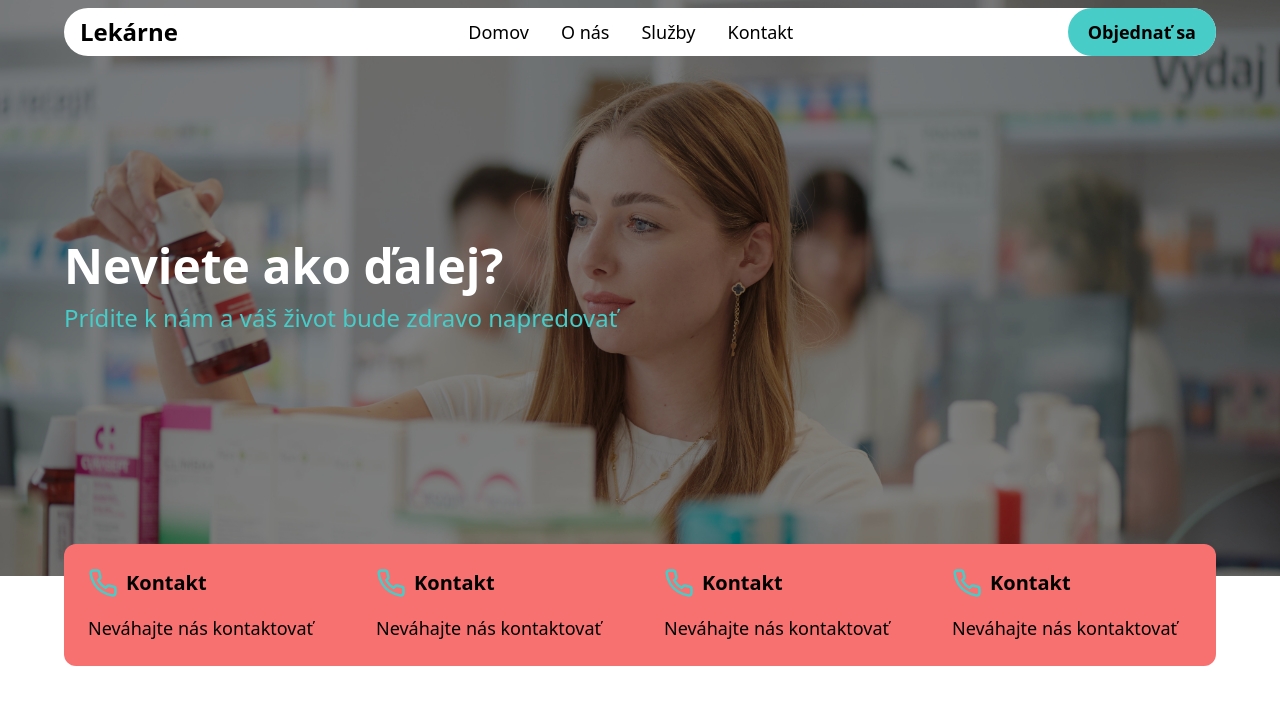
Repository: SimonSkoda13/Lekaren
Page: /
These files come from the project's save history. The page is drawn as it stood at one moment and after the next save; the edit follows.
The browser window is 1280 px wide. The pictures show the whole page.
The project was rebuilt for these pictures with package versions that can differ from the ones it lists, and the page was loaded fresh each time. The framework's server and built-in components were replaced by stand-ins that run in the browser. Also part of the build but not shown: next.config.js.

Above is the page before, as saved 2023-04-22 17:48:01.

### src/app/layout.tsx
import { Header } from "./components/Header/Header";
import "./globals.css";
import { Poppins } from "next/font/google";

export const metadata = {
  title: "Create Next App",
  description: "Generated by create next app",
};

export default function RootLayout({
  children,
}: {
  children: React.ReactNode;
}) {
  return (
    <html lang="en">
      <body className="bg-white min-h-[100vh]">
        <Header />
        <main>{children}</main>
        <footer></footer>
      </body>
    </html>
  );
}

### src/app/page.tsx
import Image from "next/image";
import { Inter } from "next/font/google";
import { HomeHero } from "./components/HomeHero/HomeHero";
import { Contact } from "./components/Contact/Contact";

const inter = Inter({ subsets: ["latin"] });

// page with

export default function Home() {
  return (
    <>
      <HomeHero
        title={"Neviete ako ďalej?"}
        image={"/homeBanner.jpg"}
        description={"Prídite k nám a váš život bude zdravo napredovať"}
      />
      <Contact
        items={[
          {
            title: "Kontakt",
            description: "Neváhajte nás kontaktovať",
            icon: "/contactIcon.svg",
          },
          {
            title: "Kontakt",
            description: "Neváhajte nás kontaktovať",
            icon: "/contactIcon.svg",
          },
          {
            title: "Kontakt",
            description: "Neváhajte nás kontaktovať",
            icon: "/contactIcon.svg",
          },
          {
            title: "Kontakt",
            description: "Neváhajte nás kontaktovať",
            icon: "/contactIcon.svg",
          },
        ]}
      />
    </>
  );
}

### src/app/components/Header/Header.tsx
import Link from "next/link";
import React from "react";

export interface HeaderProps {}

export const Header = (props: HeaderProps) => {
  const {} = props;
  return (
    <header className="cntn fixed w-full top-2 z-10">
      <div className="flex bg-white rounded-full">
        <h1 className="py-2 px-4 text-2xl font-bold">Lekárne</h1>
        <div className="py-2 px-4 flex gap-8 items-center mx-auto text-lg font-medium">
          <Link href="/">Domov</Link>
          <Link href="/onas">O nás</Link>
          <Link href="/sluzby">Služby</Link>
          <Link href="/kontakt">Kontakt</Link>
        </div>
        {/* button order self */}
        <div className="flex justify-center items-center px-5 p-0 bg-primary rounded-full text-lg font-bold">
          <Link href="/order">Objednať sa</Link>
        </div>
      </div>
    </header>
  );
};

### src/app/globals.css
@tailwind base;
@tailwind components;
@tailwind utilities;

@layer components {
  .cntn {
    @apply mx-auto px-4  max-w-screen-xl md:px-16;
  }
}

### src/app/components/HomeHero/HomeHero.tsx
import Image from "next/image";
import React from "react";
import { ImageGradient } from "./ImageGradient/ImageGradient";

export interface HomeHeroProps {
  title: string;
  image: string;
  description: string;
}

export const HomeHero = (props: HomeHeroProps) => {
  const { title, image, description } = props;
  return (
    <section className="relative h-[80vh] z-0 px-0">
      <div className="w-full h-full absolute left-0 top-0 ">
        {/* make filter for image to odd brightness from top biggest to bottom lowest */}
        <ImageGradient>
          <Image
            src={image}
            alt="Next.js logo"
            fill
            style={{
              objectFit: "cover",
              objectPosition: "center",
            }}
          />
        </ImageGradient>
      </div>
      <div className="cntn relative gap-3 h-full flex justify-center flex-wrap flex-col z-10">
        <h1 className="text-5xl font-bold text-white">{title}</h1>
        <p className="text-2xl text-primary">{description}</p>
      </div>
    </section>
  );
};

### src/app/components/Contact/Contact.tsx
import { Phone } from "lucide-react";
import Image from "next/image";
import React from "react";

export interface ContactProps {
  items?: {
    title: string;
    description: string;
    icon: string;
  }[];
}

export const Contact = (props: ContactProps) => {
  const { items } = props;
  return (
    <section className="cntn z-10 relative top-[-2rem]">
      <div className="w-full grid grid-cols-2 md:grid-cols-4 items-start bg-red-400 rounded-xl">
        {items?.map((item) => (
          <div className="flex flex-col items-start gap-4 p-6">
            {/* <Image
            src={item.icon}
            alt={"contactIcon" + item.title}
            width={100}
            height={100}
          /> */}
            <div className="flex flex-row gap-2 items-center">
              <Phone size={30} className="stroke-primary" />
              <h2 className="text-xl font-bold">{item.title}</h2>
            </div>
            <p className="text-lg font-medium">{item.description}</p>
          </div>
        ))}
      </div>
    </section>
  );
};

### src/app/components/HomeHero/ImageGradient/ImageGradient.tsx
import React from "react";

export interface ImageGradientProps {
  children: React.ReactNode;
}

export const ImageGradient = (props: ImageGradientProps) => {
  const { children } = props;
  return (
    <div className="relative w-full h-full brightness-50 overflow-hidden z-10">
      <div className="absolute inset-0 z-10"></div>
      {children}
    </div>
  );
};

### tailwind.config.js
/** @type {import('tailwindcss').Config} */
module.exports = {
  content: [
    "./src/pages/**/*.{js,ts,jsx,tsx,mdx}",
    "./src/components/**/*.{js,ts,jsx,tsx,mdx}",
    "./src/app/**/*.{js,ts,jsx,tsx,mdx}",
  ],
  theme: {
    extend: {
      colors: {
        primary: "#47CCC8",
        secondary: "#2D3663",
      },
    },
  },
  plugins: [],
};

After the next save:
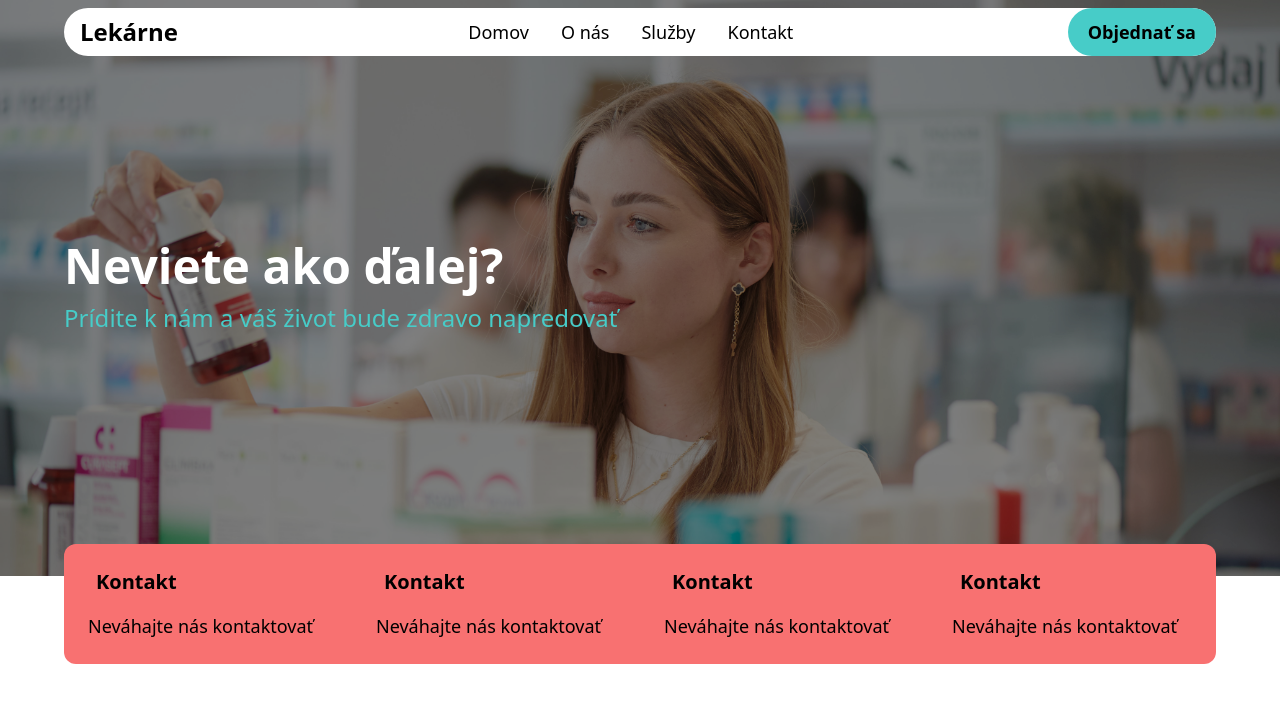
Saved 68 s later.
--- a/src/app/components/Contact/Contact.tsx
+++ b/src/app/components/Contact/Contact.tsx
@@ -1,4 +1,5 @@
 import { Phone } from "lucide-react";
+import { Icon } from "next/dist/lib/metadata/types/metadata-types";
 import Image from "next/image";
 import React from "react";
 
@@ -6,7 +7,7 @@ export interface ContactProps {
   items?: {
     title: string;
     description: string;
-    icon: string;
+    icon: React.ReactNode;
   }[];
 }
 
@@ -24,7 +25,7 @@ export const Contact = (props: ContactProps) => {
             height={100}
           /> */}
             <div className="flex flex-row gap-2 items-center">
-              <Phone size={30} className="stroke-primary" />
+              <icon size={30} className="stroke-primary" />
               <h2 className="text-xl font-bold">{item.title}</h2>
             </div>
             <p className="text-lg font-medium">{item.description}</p>
